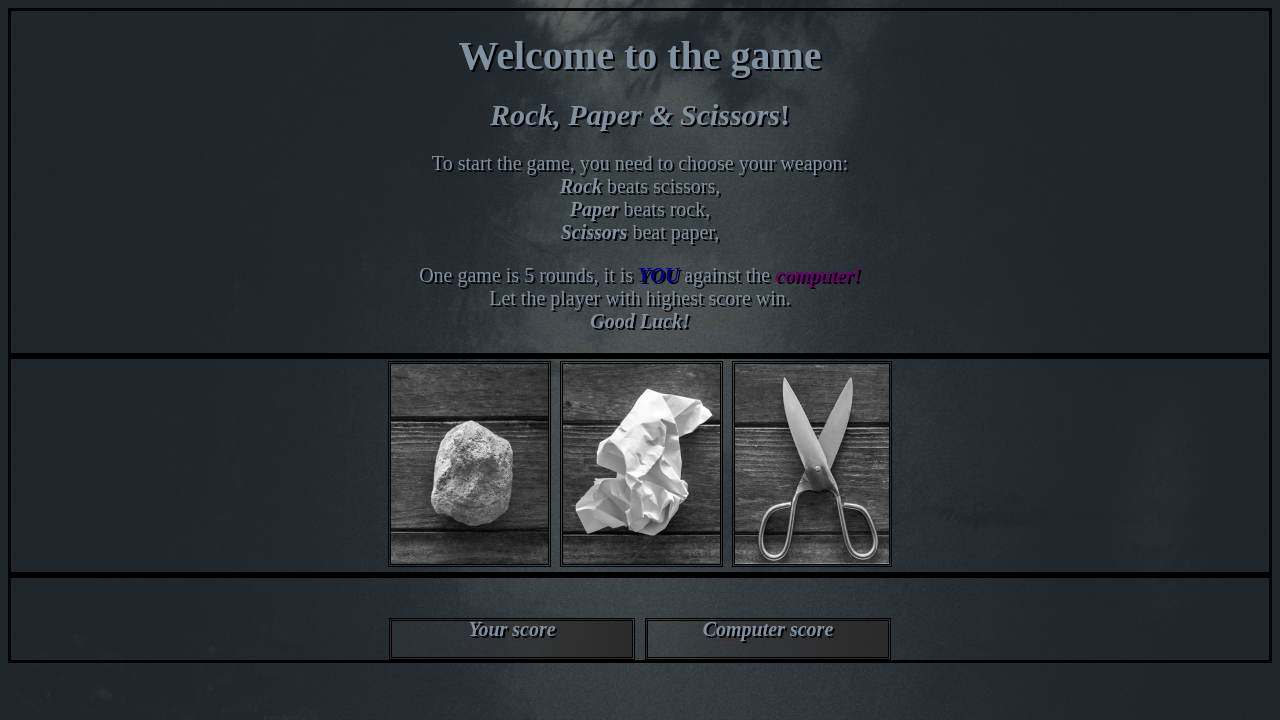
Repository: agneta1991/rock-paper-scissors
Page: Desktop/coding/index.html
These files come from the project's save history. The page is drawn as it stood at one moment and after the next save; the edit follows.
The browser window is 1280 px wide. The pictures show the whole page.

Above is the page before, as saved 2023-03-03 08:08:49.

### Desktop/coding/index.html
<!DOCTYPE html>
<html lang="en">
<head>
    <meta charset="UTF-8">
    <title>Rock Paper Scissors</title>
    <link rel="styleSheet" href='styles.css'>
</head>
<body>
    <script src="javascript.js" defer></script>
    <div class="container1">
        <div class="title">
            <h1>Welcome to the game </h1>
            <h2><span>Rock, Paper & Scissors</span>!</h2>
            <p>To start the game, you need to choose your weapon:<br>
            <span>Rock</span> beats scissors, <br>
            <span>Paper</span> beats rock, <br>
            <span>Scissors</span> beat paper,</p>
            <p>One game is 5 rounds, it is <span style="color: darkblue">YOU</span> against the <span style="color: rgb(104, 2, 104)">computer!</span><br>
            Let the player with highest score win.<br>
        <span>Good Luck!</span></p>
        </div>
    </div>
    <div class ="container2">
        <div class="options">
            <button class="rock"> <img src='images/rock.png'></button>
            <button class="paper"><img src='images/paper.png'></button>
            <button class="scissors"><img src='images/scissors.png'></button>
        </div>
    </div>
    <div class="container3">
        <div class="displayed"></div>
        <div class="score">
            <div class="playerScore"><span>Your score<span></span>
            <p class="displayedPlayerScore"></p></div>
            <div class="computerScore"><span>Computer score<span></span>
            <p class="displayedComputerScore"></p></div></div>
        </div>
    </div>
</body>
</html>

### Desktop/coding/styles.css
body{
    background-image: url('images/background.jpg');
    background-size:100%;
}
h1, h2{
    line-height: 90%;
}

.container1, .container2, .container3{
    border: solid black;
    color: rgb(128, 146, 161);
    text-shadow: 2px 2px black;
    font-size: 20px;
}
span{
    font-weight: bold;
    font-style: italic;
}
.container1{
    display: flex;
    justify-content: center;
    text-align: center;
}


img{
    width: auto ;
    height: 200px ;
    border-style: double;
}

.container2 {
    display: flex;
    justify-content: center;
    gap: 8px;
}
button{
    background-color: transparent;
    padding: 0%;
    border-color: transparent;
}


img {
    -webkit-filter:
    grayscale(100%);
    filter:grayscale(100%);
    -webkit-transition: .2s
    ease-in-out;
    transition: .2s ease-in-out;
}

img:hover {
    -webkit-filter:grayscale(0);
    filter:grayscale(0);
    transform: scale(1.1);
}

.playerScore, .computerScore {
    line-height: 80%;
    border: black;
    width: 240px;
    border-style: double;
    background-image: linear-gradient(to right, rgba(156, 146, 146, 0.055),rgb(44, 42, 42) );
}

.score{
    display: flex;
    justify-content: center;
    text-align: center;
    gap: 10px;

}

.displayed{
    padding: 20px;
    display: flex;
    justify-content: center;
    text-align: center;
}

button{
    transition: all 0.1;
}

Loaded but not shown: Desktop/coding/javascript.js (no copy from this time; the picture is the same without it)

After the next save:
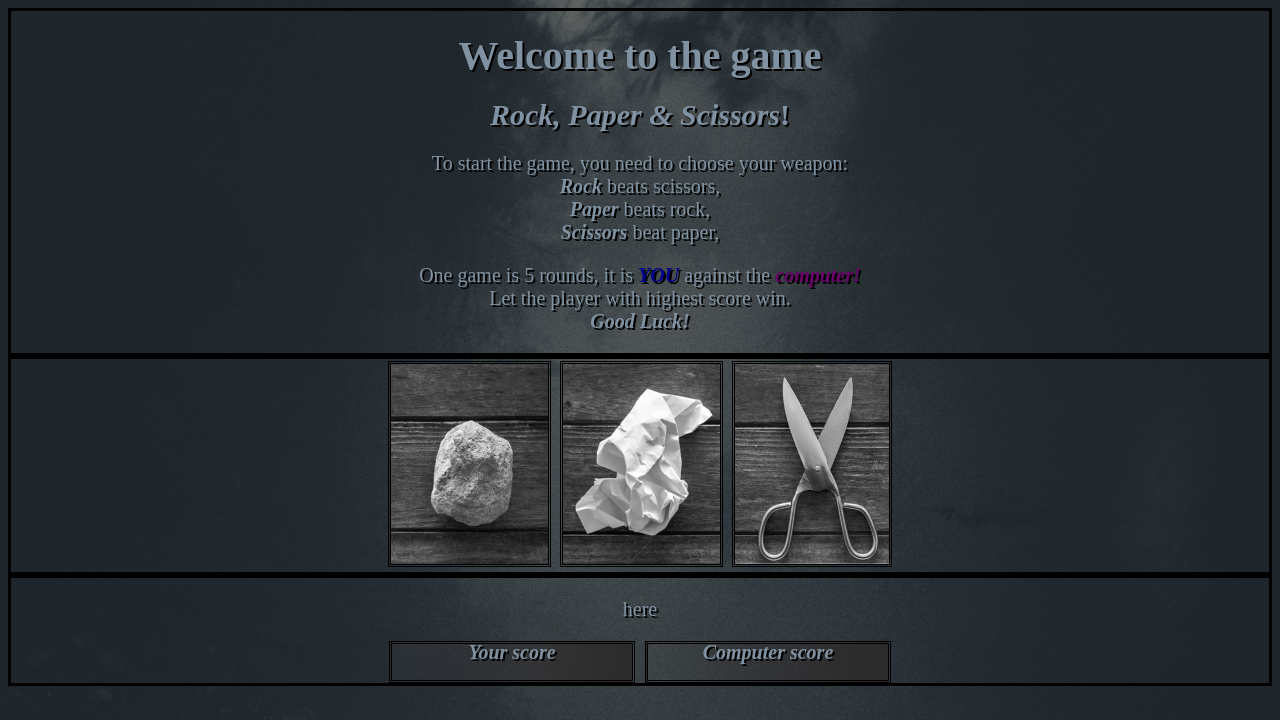
Saved 13 min 11 s later.
--- a/Desktop/coding/index.html
+++ b/Desktop/coding/index.html
@@ -28,7 +28,7 @@
         </div>
     </div>
     <div class="container3">
-        <div class="displayed"></div>
+        <div class="displayed">here</div>
         <div class="score">
             <div class="playerScore"><span>Your score<span></span>
             <p class="displayedPlayerScore"></p></div>
